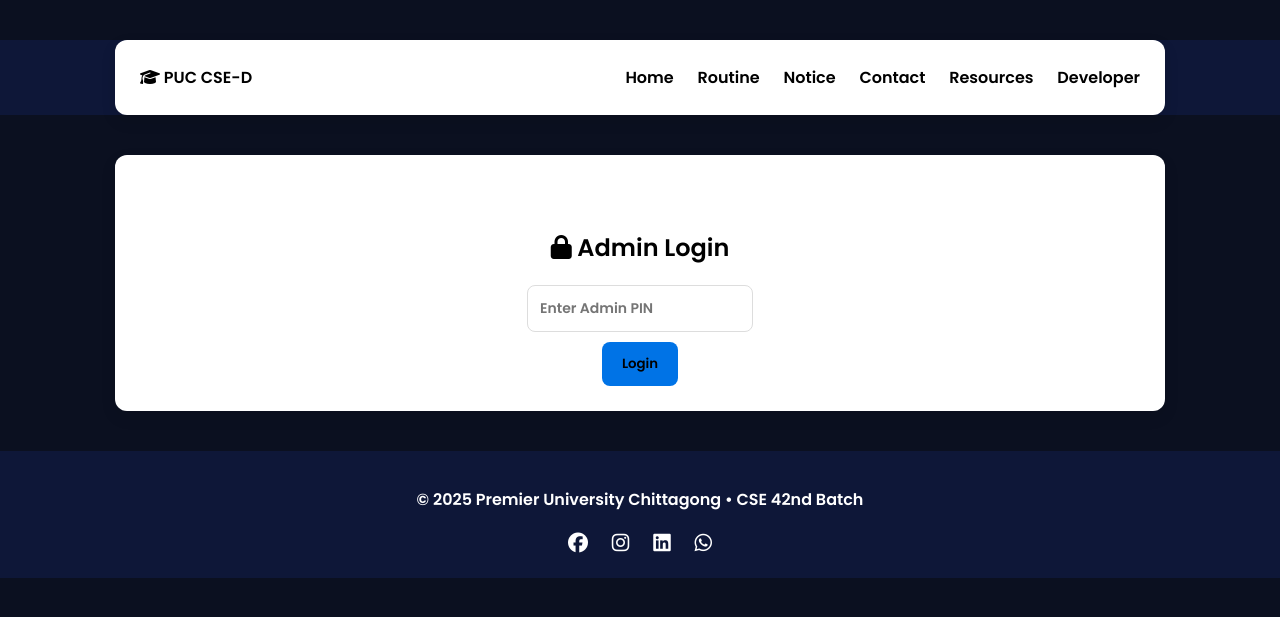
Repository: naimuddin1190/puc-class-management
Page: http://localhost/admin.php
The author's editor kept a copy of each file at every save. The page is drawn from the files as they stood at one save, then again after the next save.
The browser window is 1280 px wide. The pictures show the whole page.
The page is run by PHP 8.4 with error messages shown; the project is at /var/www/html/.

Above is the page before, as saved 2025-09-04 00:58:02.

After the next save:
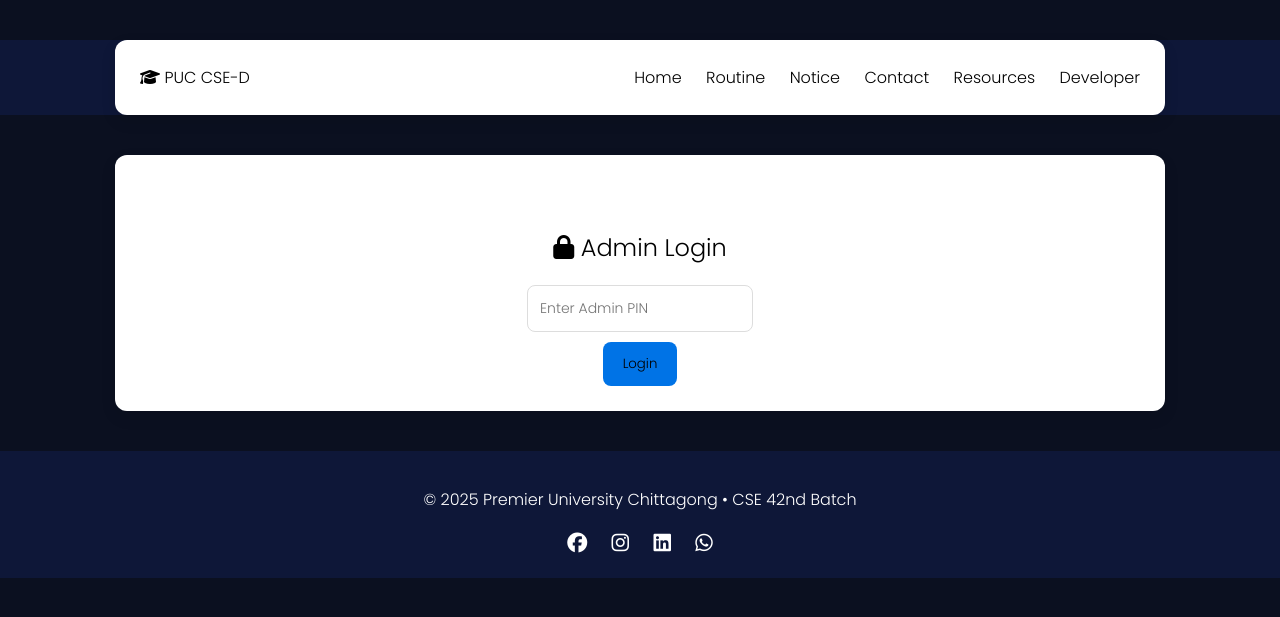
Saved 25 s later.
--- a/admin.php
+++ b/admin.php
@@ -43,7 +43,7 @@ if (isset($_SESSION['admin']) && $_SESSION['admin'] === true) {
   body, h1, h2, h3, h4, h5, h6, p, a, li, input, textarea, button {
       font-family: 'Poppins', sans-serif;
       color: #000 !important;
-      font-weight: 600 !important;
+      font-weight: 100 !important;
       opacity: 1 !important;
   }
 
